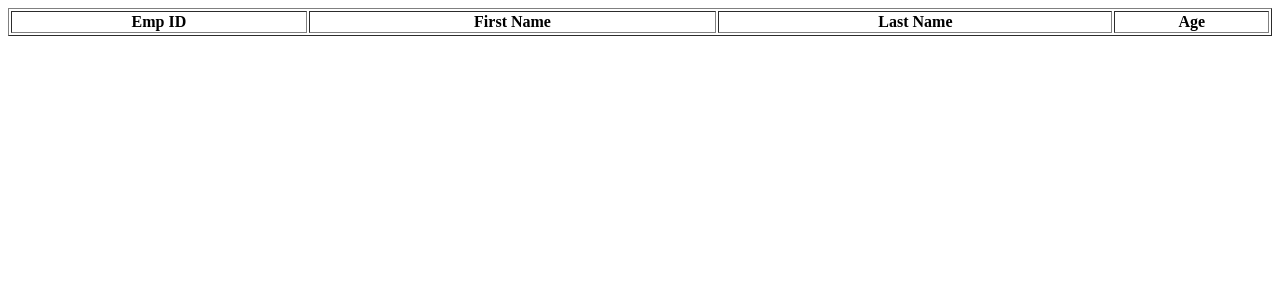
Repository: auaheuyap/Java
Page: http://localhost/jsptutorialspoint/databaseconnect.jsp
The author's editor kept a copy of each file at every save. The page is drawn from the files as they stood at one save, then again after the next save.
The browser window is 1280 px wide. The pictures show the whole page.
The page is served by Tomcat 9. Queries for data that is not in the repository find no rows.

Above is the page before, as saved 2017-06-11 22:45:24.

After the next save:
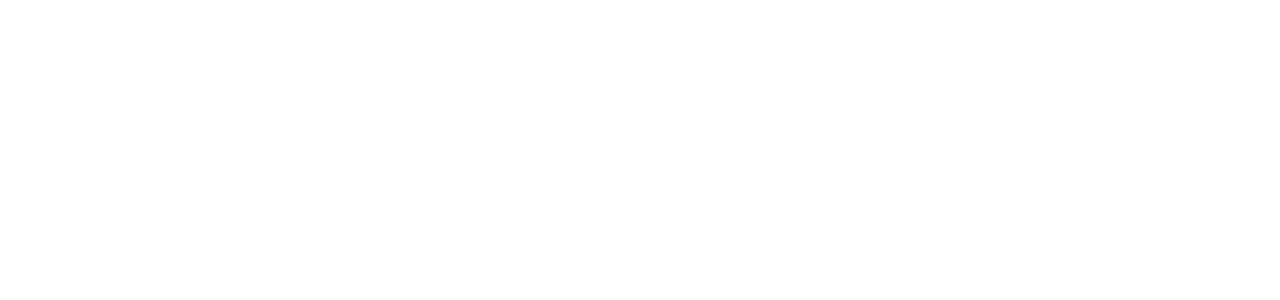
Saved 39 s later.
--- a/jsptutorialspoint/WebContent/databaseconnect.jsp
+++ b/jsptutorialspoint/WebContent/databaseconnect.jsp
@@ -15,7 +15,7 @@
 
       <sql:query dataSource = "${snapshot}" var = "result" sql="SELECT * from student"/>
 
-      <table border = "1" width = "100%">
+     <%--  <table border = "1" width = "100%">
          <tr>
             <th>Emp ID</th>
             <th>First Name</th>
@@ -32,6 +32,6 @@
             </tr>
          </c:forEach>
       </table>
-
+  --%>
    </body>
 </html>

After the save that followed:
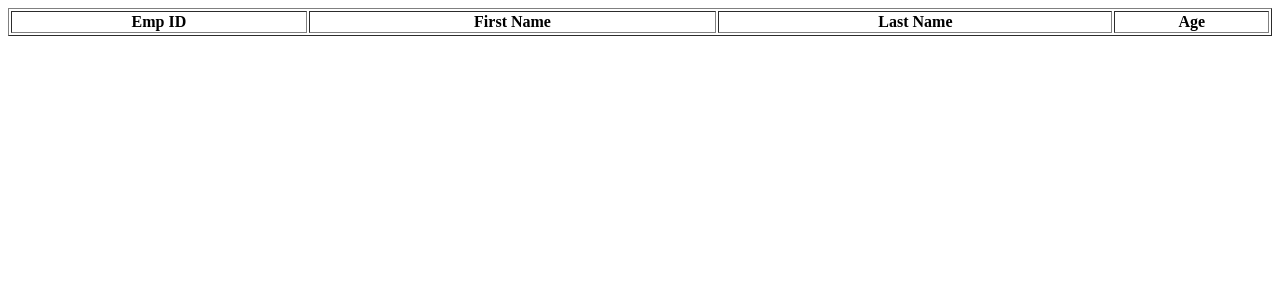
Saved 119 s later.
--- a/jsptutorialspoint/WebContent/databaseconnect.jsp
+++ b/jsptutorialspoint/WebContent/databaseconnect.jsp
@@ -1,5 +1,6 @@
 <%@ page import = "java.io.*,java.util.*,java.sql.*"%>
 <%@ page import = "javax.servlet.http.*,javax.servlet.*" %>
+
 <%@ taglib uri="http://java.sun.com/jsp/jstl/core" prefix = "c"%>
 <%@ taglib uri="http://java.sun.com/jsp/jstl/sql" prefix = "sql"%>
 
@@ -15,7 +16,7 @@
 
       <sql:query dataSource = "${snapshot}" var = "result" sql="SELECT * from student"/>
 
-     <%--  <table border = "1" width = "100%">
+      <table border = "1" width = "100%">
          <tr>
             <th>Emp ID</th>
             <th>First Name</th>
@@ -32,6 +33,6 @@
             </tr>
          </c:forEach>
       </table>
-  --%>
+
    </body>
 </html>
